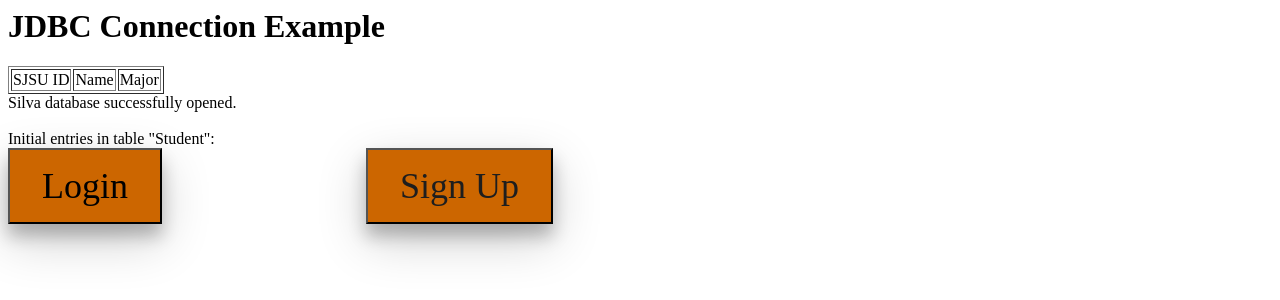
Repository: dannie-su-sjsu/CS157A-team6
Page: http://localhost/ToMovie/JDBCdemo.jsp
The author's editor kept a copy of each file at every save. The page is drawn from the files as they stood at one save, then again after the next save.
The browser window is 1280 px wide. The pictures show the whole page.
The page is served by Tomcat 9. Queries for data that is not in the repository find no rows.

Above is the page before, as saved 2023-07-11 08:43:06.

After the next save:
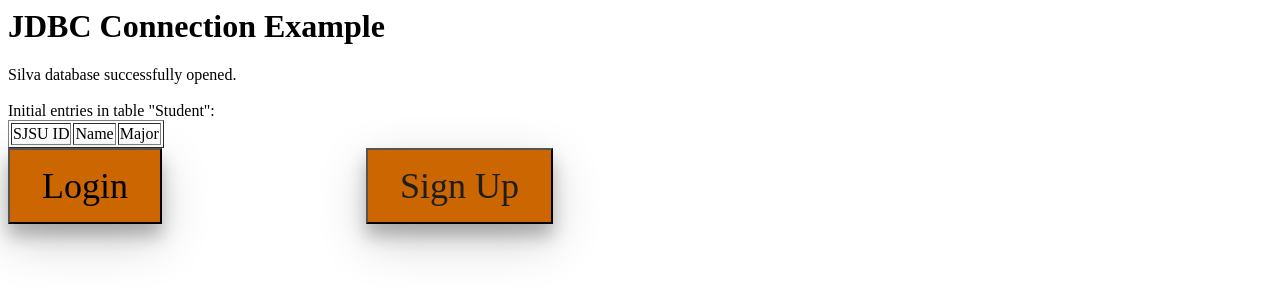
Saved 2 min 41 s later.
--- a/ToMovie/src/main/webapp/JDBCdemo.jsp
+++ b/ToMovie/src/main/webapp/JDBCdemo.jsp
@@ -7,12 +7,11 @@
   <body>
     <h1>JDBC Connection Example</h1>
     <table border="1">
-    	<tr>
+    <tr>
         <td>SJSU ID</td>
         <td>Name</td>
         <td>Major</td>
-    	</tr>
-    </table>
+    </tr>
     <%
      String db = "Silva";
         String user; // assumes database name is the same as username
@@ -38,6 +37,7 @@
             out.println("SQLException caught: " + e.getMessage());
         }
     %>
+  </table>
   </body>
   <div class="button-flex">
   	<button class="button-container1">Login</button>

After the save that followed:
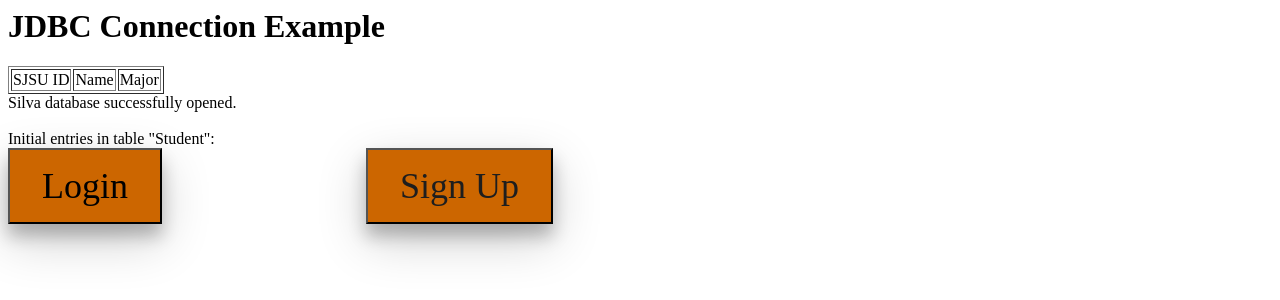
Saved 18 s later.
--- a/ToMovie/src/main/webapp/JDBCdemo.jsp
+++ b/ToMovie/src/main/webapp/JDBCdemo.jsp
@@ -7,11 +7,12 @@
   <body>
     <h1>JDBC Connection Example</h1>
     <table border="1">
-    <tr>
+    	<tr>
         <td>SJSU ID</td>
         <td>Name</td>
         <td>Major</td>
-    </tr>
+    	</tr>
+    </table>
     <%
      String db = "Silva";
         String user; // assumes database name is the same as username
